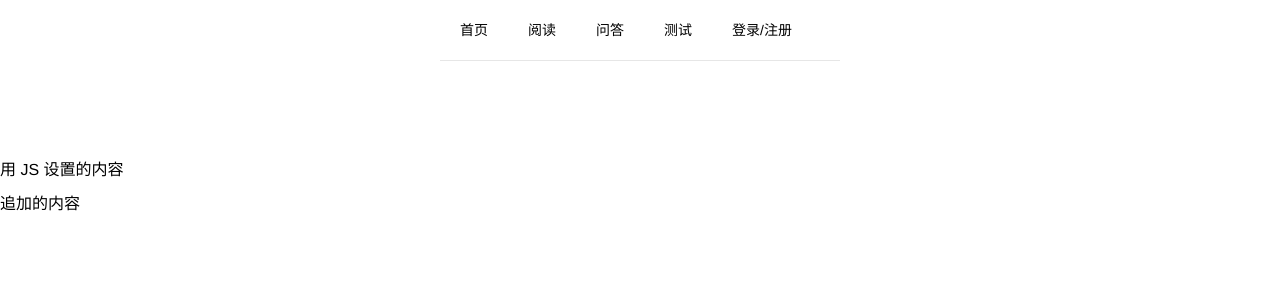
Repository: shengligo/xyx_vue_v1
Page: /read
The author's editor kept a copy of each file at every save. The page is drawn from the files as they stood at one save, then again after the next save.
The browser window is 1280 px wide. The pictures show the whole page.
The page's requests for data from a server got no answer. The project was rebuilt for these pictures with package versions that can differ from the ones it lists, and the page was loaded fresh each time. No one was signed in, and anything a server would have sent is missing. Also part of the build but not shown: vue.config.js, src/views/home/childComps/Art.vue.

Above is the page before, as saved 2021-09-02 19:17:50.

After the next save:
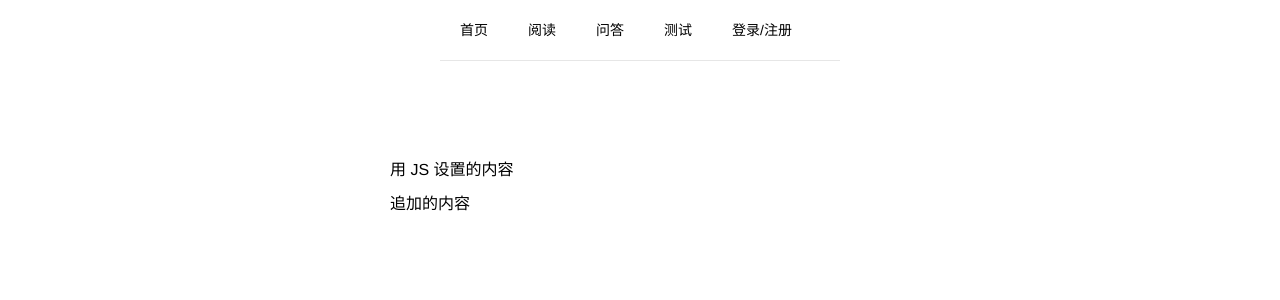
Saved 30 s later.
--- a/src/views/read/Read.vue
+++ b/src/views/read/Read.vue
@@ -1,6 +1,6 @@
 <template>
   <div id="article">
-    <div v-html="htmltext"></div>
+    <div v-html="htmltext" class="centerBody"></div>
   </div>
 </template>
 
@@ -71,6 +71,10 @@ export default {
   margin-top: 100px;
   margin-bottom: 20px;
 }
+.centerBody{
+  width: 500px;
+  margin: 0 auto;
+}
 /* table 样式 */
 table {
   border-top: 1px solid #ccc;
